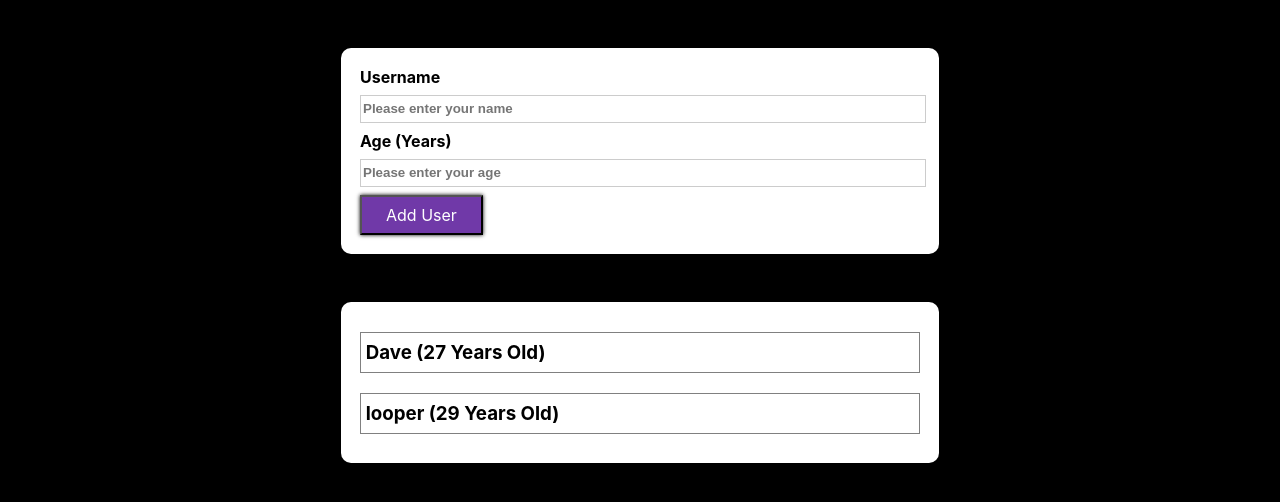
Repository: NamalPathirana/section-eight
Page: /
The author's editor kept a copy of each file at every save. The page is drawn from the files as they stood at one save, then again after the next save.
The browser window is 1280 px wide. The pictures show the whole page.
The project was rebuilt for these pictures with package versions that can differ from the ones it lists, and the page was loaded fresh each time.

Above is the page before, as saved 2021-11-26 06:19:40.

After the next save:
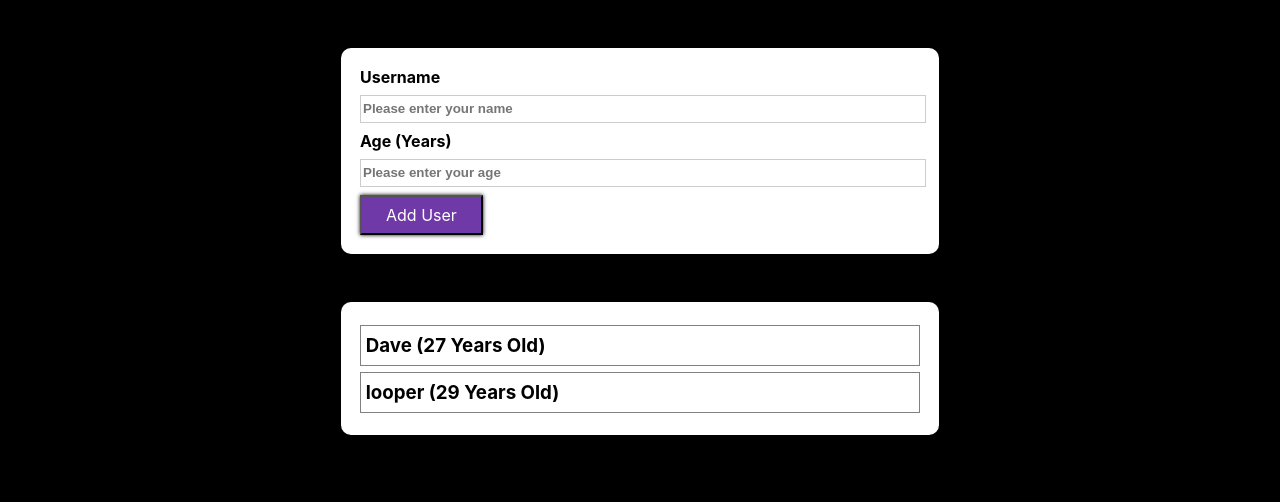
Saved 7 s later.
--- a/src/Components/UserListItem/UserListItem.module.css
+++ b/src/Components/UserListItem/UserListItem.module.css
@@ -2,7 +2,7 @@
     border: 1px solid gray;
     display: block;
     padding: 0.5rem 0.3rem;
-    margin: 10px 0px;
+    margin: 3px 0px;
 
 }
 
